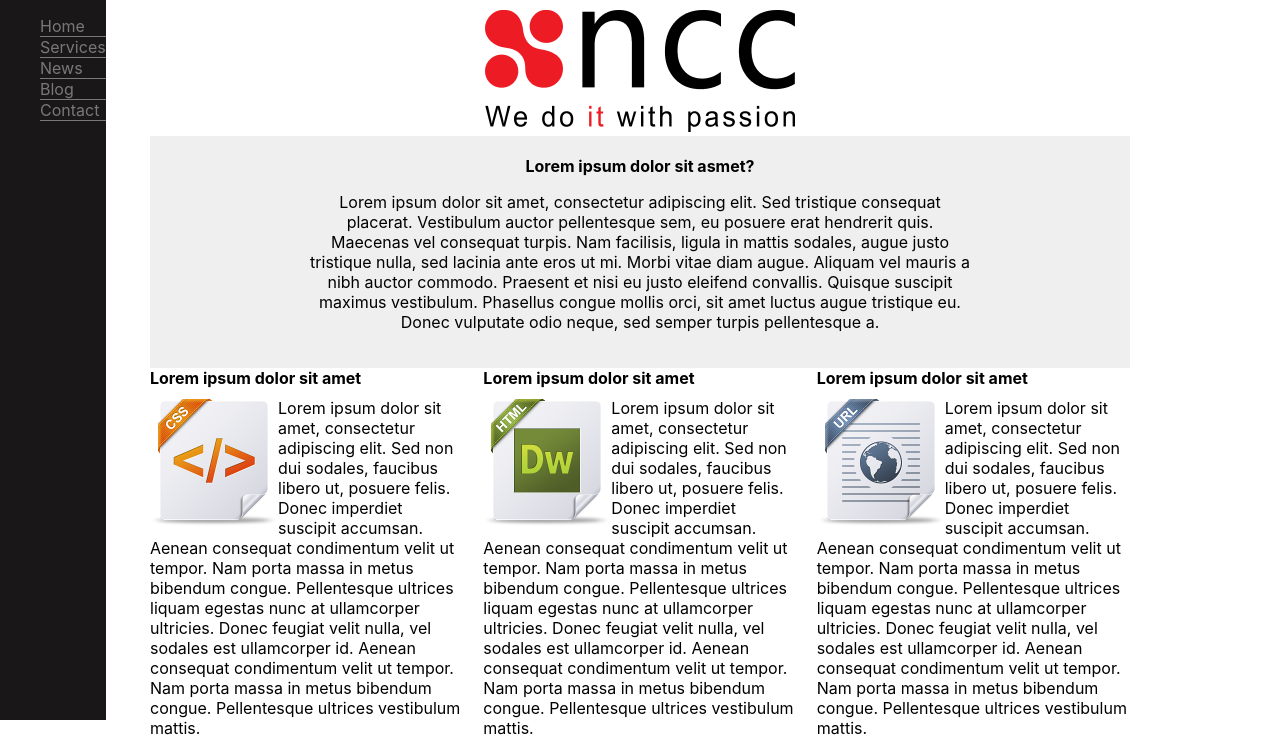
Repository: nganha241/testt
Page: /
An editor plug-in stored every save of this project. The page is shown before and after the next save, followed by the edit.
The browser window is 1280 px wide. The pictures show the whole page.
The project was rebuilt for these pictures with package versions that can differ from the ones it lists, and the page was loaded fresh each time.

Above is the page before, as saved 2023-02-28 11:34:13.

### src/App.js
import React from "react";
import Home from "./pages/Home";
import Navbar from "./pages/Navbar/Navbar";

export const App = () => {
  return (
    <div>
      <Navbar />
      <Home />
    </div>
  );
};

export default App;

### src/pages/Home.jsx
import logo from "./logoNCC.png";
import "./home.css";
import Card from "./home-card/Card";
import htmlic from "./html-icon.png";
import urlic from "./url-icon.png";
import cssic from "./css-icon.png";
const Home = () => {
  return (
    <section className="home">
      <div className="home-title">
        <img src={logo} alt="" />
      </div>
      <div className="home-content">
        <div className="content-title">Lorem ipsum dolor sit asmet?</div>
        <p>
          Lorem ipsum dolor sit amet, consectetur adipiscing elit. Sed tristique
          consequat placerat. Vestibulum auctor pellentesque sem, eu posuere
          erat hendrerit quis. Maecenas vel consequat turpis. Nam facilisis,
          ligula in mattis sodales, augue justo tristique nulla, sed lacinia
          ante eros ut mi. Morbi vitae diam augue. Aliquam vel mauris a nibh
          auctor commodo. Praesent et nisi eu justo eleifend convallis. Quisque
          suscipit maximus vestibulum. Phasellus congue mollis orci, sit amet
          luctus augue tristique eu. Donec vulputate odio neque, sed semper
          turpis pellentesque a.
        </p>
      </div>
      <div className="home-card">
        <Card icon={cssic} />
        <Card icon={htmlic} />
        <Card icon={urlic} />
      </div>
    </section>
  );
};

export default Home;

### src/pages/Navbar/Navbar.jsx
import React from "react";
import "./Navbar.css";

const Navbar = () => {
  return (
    <div className="nav">
      <ul className="nav-content">
        <li>Home</li>
        <li>Services</li>
        <li>News</li>
        <li>Blog</li>
        <li>Contact</li>
      </ul>
    </div>
  );
};

export default Navbar;

### src/pages/home.css
.home {
  margin: 0 auto;
  padding: 10px 150px;
}
.home-title {
  text-align: center;
}
.home-content {
  text-align: center;
  background: #efefef;
  padding: 20px 160px;
  font-size: 16px;
}
.content-title {
  font-weight: bold;
}
.home-card {
  display: flex;
  gap: 20px;
}

### src/pages/home-card/Card.jsx
import React from "react";

import "./Card.css";

const Card = (props) => {
  const { icon } = props;
  return (
    <div className="card">
      <div className="card-title">Lorem ipsum dolor sit amet</div>
      <div className="card-content">
        <img src={icon} alt="" />
        <span className="card-text">
          Lorem ipsum dolor sit amet, consectetur adipiscing elit. Sed non dui
          sodales, faucibus libero ut, posuere felis. Donec imperdiet suscipit
          accumsan. Aenean consequat condimentum velit ut tempor. Nam porta
          massa in metus bibendum congue. Pellentesque ultrices liquam egestas
          nunc at ullamcorper ultricies. Donec feugiat velit nulla, vel sodales
          est ullamcorper id. Aenean consequat condimentum velit ut tempor. Nam
          porta massa in metus bibendum congue. Pellentesque ultrices vestibulum
          mattis.
        </span>
      </div>
    </div>
  );
};

export default Card;

### src/pages/Navbar/Navbar.css
.nav {
  position: fixed;
  left: 0;
  height: 100%;
  background: #191718;
}
.nav-content {
  /* padding: 10px; */
  color: #aaaa;
}
.nav-content li {
  border-bottom: 1px solid;
  list-style-type: none;
  /* padding: 10px; */
}

.nav-content li:hover {
  color: #fff;
  background: wheat;
}

### src/pages/home-card/Card.css
.card-title {
  font-weight: bold;
  margin-bottom: 10px;
}
/* .card-content {
  display: flex;
} */
.card-content img {
  width: 128px;
  height: 128px;
  object-fit: cover;
  float: left;
}

.card-text {
  margin-top: 10px;
  text-align: left;
  font-size: 16px;
}

Loaded but not shown: public/index.html (common file); src/index.js (common file); src/index.css (common file)

After the next save:
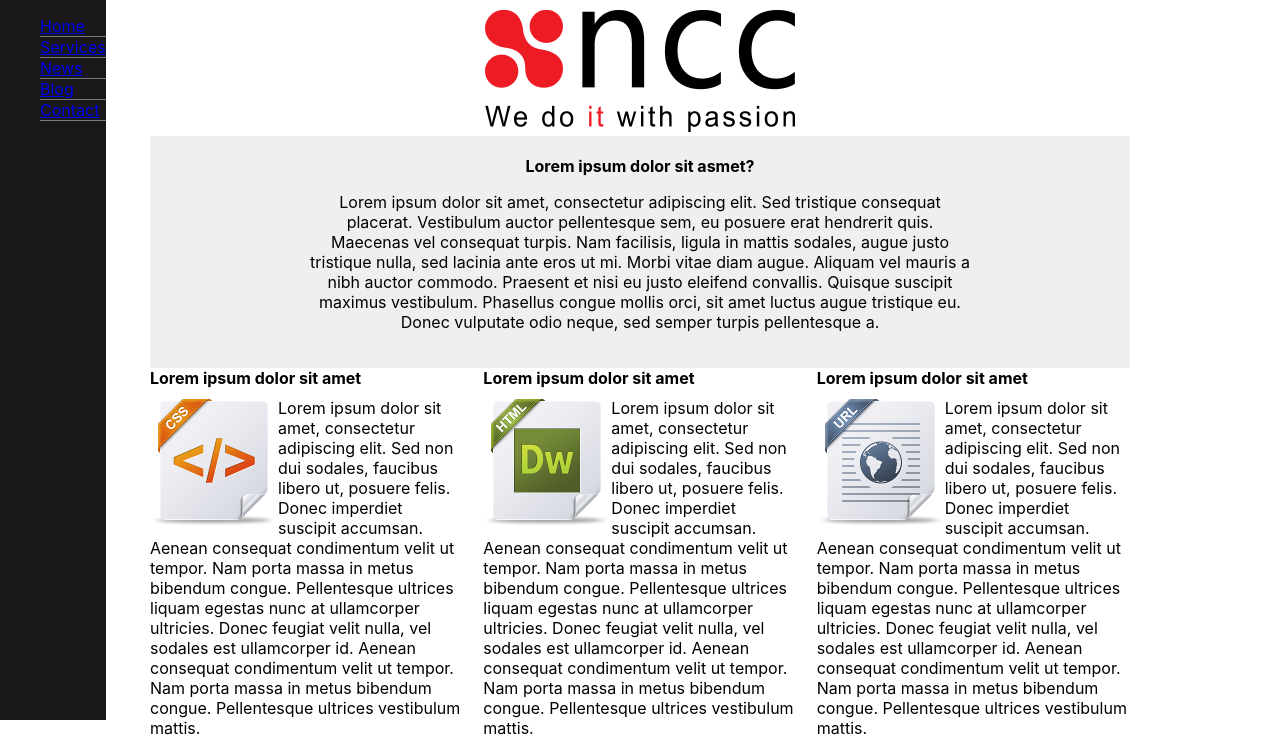
Saved 34 s later.
--- a/src/pages/Navbar/Navbar.jsx
+++ b/src/pages/Navbar/Navbar.jsx
@@ -5,11 +5,21 @@
   return (
     <div className="nav">
       <ul className="nav-content">
-        <li>Home</li>
-        <li>Services</li>
-        <li>News</li>
-        <li>Blog</li>
-        <li>Contact</li>
+        <li>
+          <a href="#">Home</a>
+        </li>
+        <li>
+          <a href="#">Services</a>
+        </li>
+        <li>
+          <a href="#">News</a>
+        </li>
+        <li>
+          <a href="#">Blog</a>
+        </li>
+        <li>
+          <a href="#">Contact</a>
+        </li>
       </ul>
     </div>
   );
